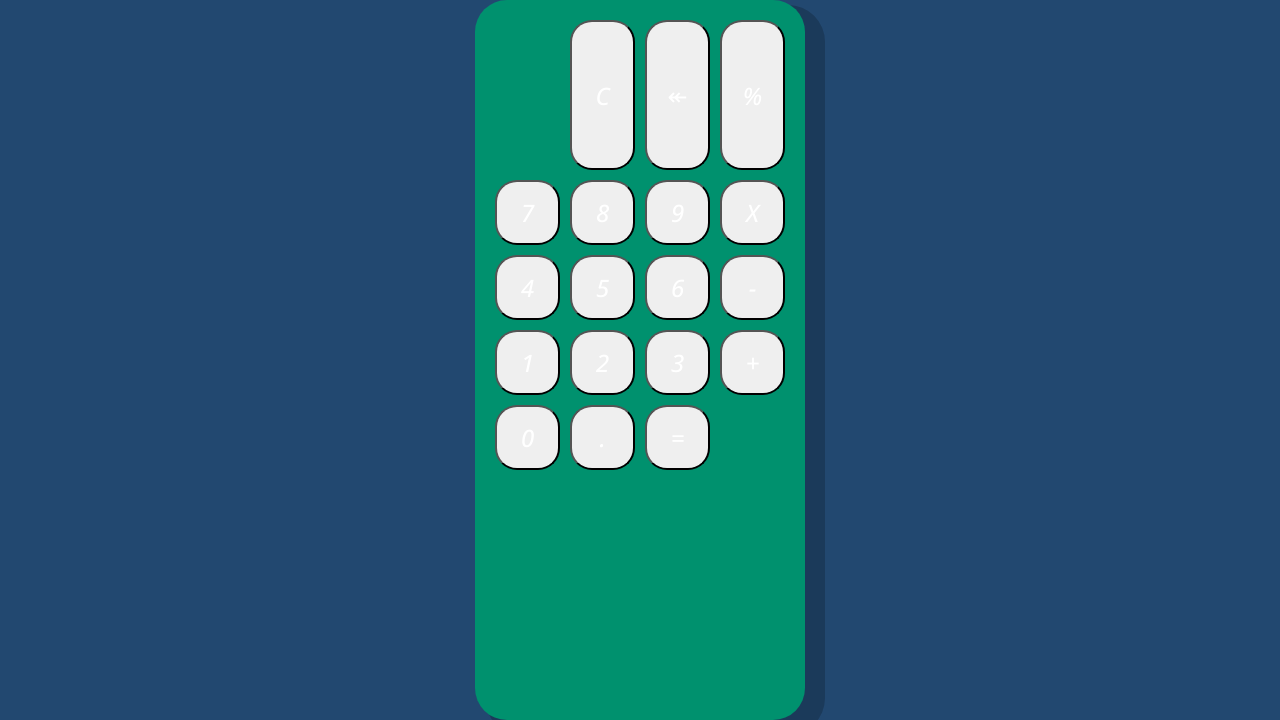
Repository: jhonenmanuel1/javaScript-calculator
Page: src/index.html
The author's editor kept a copy of each file at every save. The page is drawn from the files as they stood at one save, then again after the next save.
The browser window is 1280 px wide. The pictures show the whole page.

Above is the page before, as saved 2022-08-02 23:15:01.

After the next save:
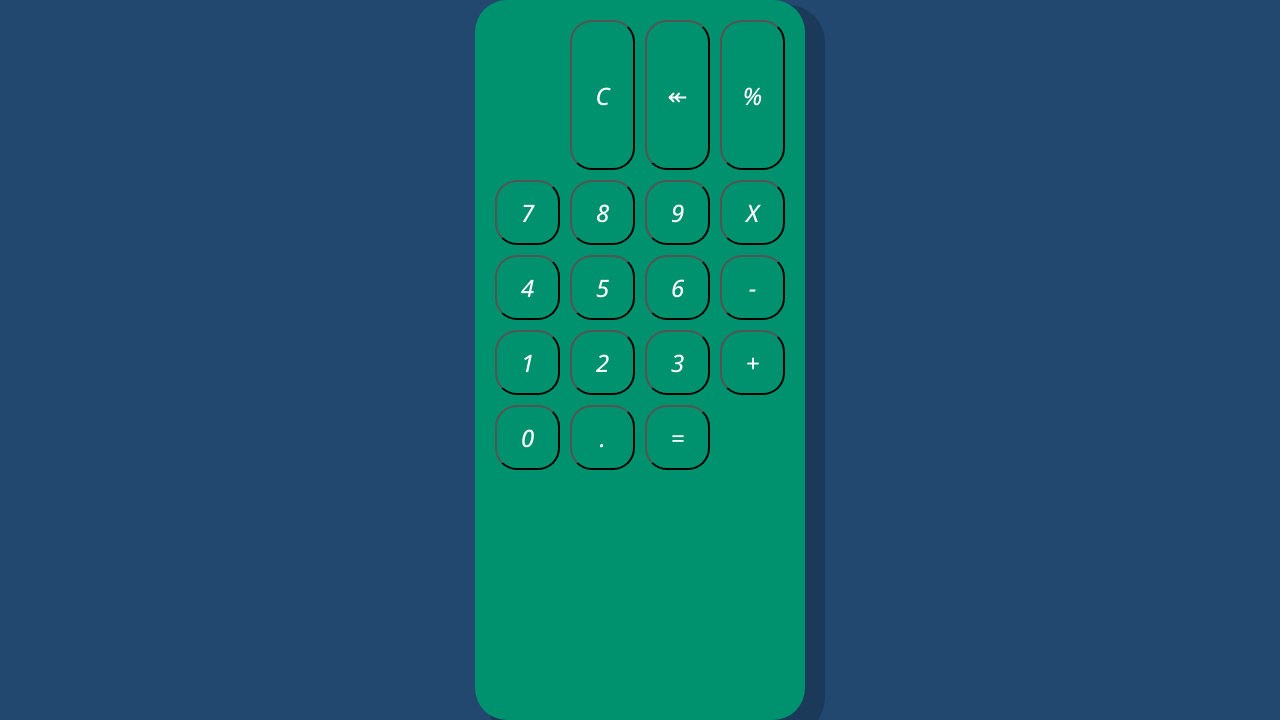
Saved 42 s later.
--- a/src/styles.css
+++ b/src/styles.css
@@ -28,4 +28,5 @@ button{
     padding: 0;
     border-radius: 22px;
     font-size: 1.5em;
+    background-color: #00916e ;
 }
